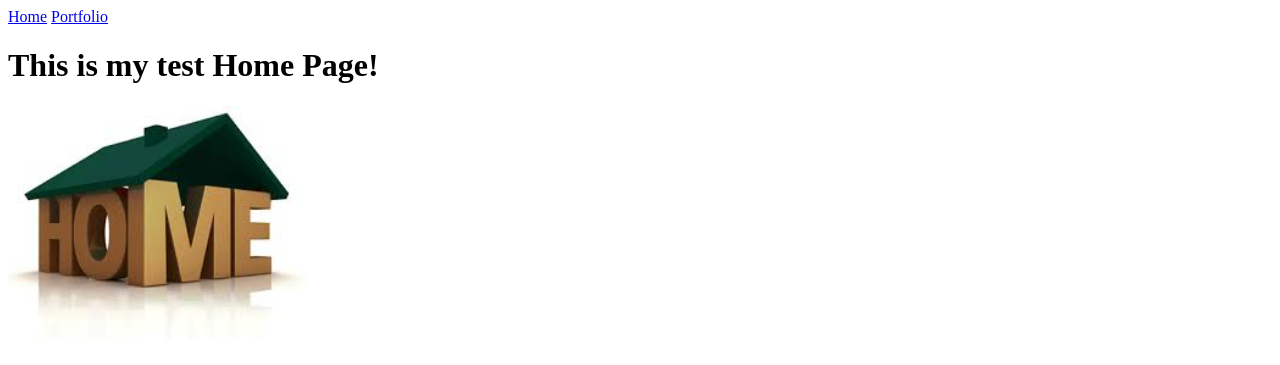
Repository: rsteele2076/rsteele2076.github.io
Page: my_website/index.html
The author's editor kept a record of every edit. The page is drawn from the files as they stood at one moment, then again after the next edit.
The browser window is 1280 px wide. The pictures show the whole page.

Above is the page before.

### my_website/index.html
<!doctype html>
<html lang="en">
  <head>
    <meta charset="utf-8">
    <title>Home</title>
  </head>
  <body>
    <a href="index.html">Home</a>
    <a href="portfolio.html">Portfolio</a>
    <h1>This is my test Home Page!</h1>
    <img src="images/home.jpg" height="250">
  </body>
</html>

After the next edit:
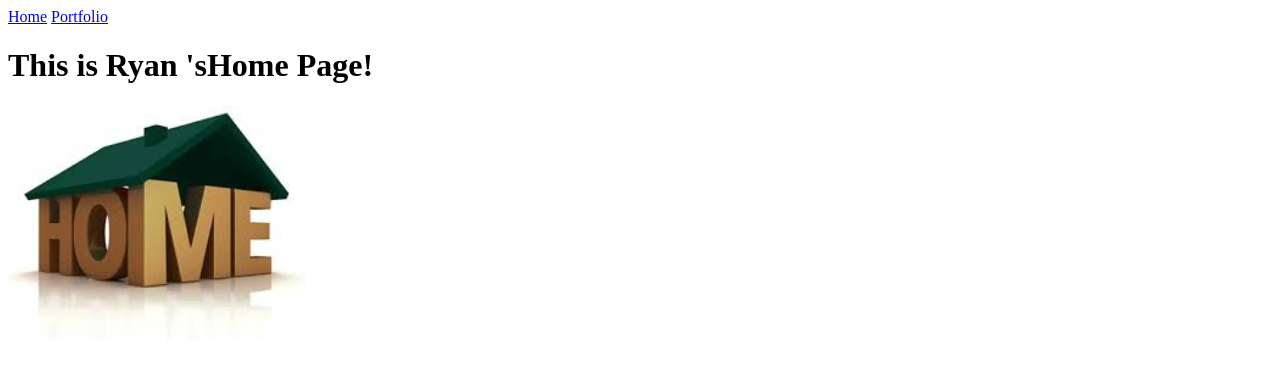
The edit:
--- a/my_website/index.html
+++ b/my_website/index.html
@@ -7,7 +7,7 @@
   <body>
     <a href="index.html">Home</a>
     <a href="portfolio.html">Portfolio</a>
-    <h1>This is my test Home Page!</h1>
+    <h1>This is Ryan 'sHome Page!</h1>
     <img src="images/home.jpg" height="250">
   </body>
 </html>
